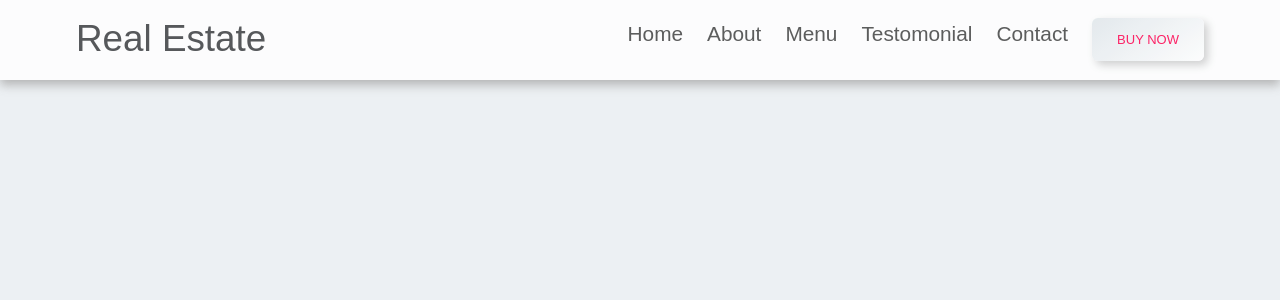
Repository: Sanjayjangra88/PortFolio
Page: /
These files come from the project's save history. The page is drawn as it stood at one moment and after the next save; the edit follows.
The browser window is 1280 px wide. The pictures show the whole page.
Some web libraries are served in a nearby version. The project was rebuilt for these pictures with package versions that can differ from the ones it lists, and the page was loaded fresh each time. Imported but missing from the stored project, and not drawn on this page: src/Components/Header/Navbar.

Above is the page before, as saved 2022-09-10 16:50:57.

### public/index.html
<!DOCTYPE html>
<html lang="en">
  <head>
    <meta charset="utf-8" />
    <link rel="icon" href="%PUBLIC_URL%/favicon.ico" />
    <meta name="viewport" content="width=device-width, initial-scale=1" />
    <meta name="theme-color" content="#000000" />
    <meta
      name="description"
      content="Web site created using create-react-app"
    />
    <link rel="apple-touch-icon" href="%PUBLIC_URL%/logo192.png" />
    <!--
      manifest.json provides metadata used when your web app is installed on a
      user's mobile device or desktop. See https://developers.google.com/web/fundamentals/web-app-manifest/
    -->
    <link rel="manifest" href="%PUBLIC_URL%/manifest.json" />
    <link rel="stylesheet" href="https://cdnjs.cloudflare.com/ajax/libs/font-awesome/6.1.1/css/all.min.css" integrity="sha512-KfkfwYDsLkIlwQp6LFnl8zNdLGxu9YAA1QvwINks4PhcElQSvqcyVLLD9aMhXd13uQjoXtEKNosOWaZqXgel0g==" crossorigin="anonymous" referrerpolicy="no-referrer" />

    <!--
      Notice the use of %PUBLIC_URL% in the tags above.
      It will be replaced with the URL of the `public` folder during the build.
      Only files inside the `public` folder can be referenced from the HTML.

      Unlike "/favicon.ico" or "favicon.ico", "%PUBLIC_URL%/favicon.ico" will
      work correctly both with client-side routing and a non-root public URL.
      Learn how to configure a non-root public URL by running `npm run build`.
    -->

    <link rel="manifest" href="%PUBLIC_URL%/manifest.json" />
    <link href="https://cdn.jsdelivr.net/npm/bootstrap@5.0.2/dist/css/bootstrap.min.css" rel="stylesheet" integrity="sha384-EVSTQN3/azprG1Anm3QDgpJLIm9Nao0Yz1ztcQTwFspd3yD65VohhpuuCOmLASjC" crossorigin="anonymous">
    <title>React App</title>
  </head>
  <body>
    <noscript>You need to enable JavaScript to run this app.</noscript>
    <div id="root"></div>
    <script src="https://kit.fontawesome.com/7578c5a215.js" crossorigin="anonymous"></script>
    <!--
      This HTML file is a template.
      If you open it directly in the browser, you will see an empty page.

      You can add webfonts, meta tags, or analytics to this file.
      The build step will place the bundled scripts into the <body> tag.

      To begin the development, run `npm start` or `yarn start`.
      To create a production bundle, use `npm run build` or `yarn build`.
    -->

    <script src="https://cdn.jsdelivr.net/npm/@popperjs/core@2.9.2/dist/umd/popper.min.js" integrity="sha384-IQsoLXl5PILFhosVNubq5LC7Qb9DXgDA9i+tQ8Zj3iwWAwPtgFTxbJ8NT4GN1R8p" crossorigin="anonymous"></script>
<script src="https://cdn.jsdelivr.net/npm/bootstrap@5.0.2/dist/js/bootstrap.min.js" integrity="sha384-cVKIPhGWiC2Al4u+LWgxfKTRIcfu0JTxR+EQDz/bgldoEyl4H0zUF0QKbrJ0EcQF" crossorigin="anonymous"></script>
  </body>
</html>

### src/App.js
import React from 'react'
import Header from './Components/Header/Header';
import "./App.css"

import Navbar from './Components/Header/Navbar';

const App = () => {
  return (
    <>
      <Header/>
      {/* <Navbar/> */}
    </>
  )
}

export default App

### src/Components/Header/Header.jsx
import React, { useState } from "react"
import "./header.css"
import logo from "../Pic/logo.png"

const Header = () => {
return (
    <>
      {/* <header className='header'>
        <div className='container d_flex'>
          <div className='logo'>
            <img src={logo} alt='' />
          </div>

          <div className='navlink'>
            <ul className="nav-links-mobile">
              <li>
                <a href='#home'>home</a>
              </li>
              <li>
                <a href='#features'>features</a>
              </li>
              <li>
                <a href='#portfolio'>portfolio</a>
              </li>
              <li>
                <a href='#resume'>resume</a>
              </li>
              <li>
                <a href='#clients'>clients</a>
              </li>
              <li>
                <a href='#blog'>blog</a>
              </li>
              <li>
                <a href='#contact'>contact</a>
              </li>
              <li>
                <button className='home-btn'>BUY NOW</button>
              </li>
            </ul>

            <button className='toggle' onClick={() => setMobile(!Mobile)}>
              {Mobile ? <i className='fas fa-times close home-btn'></i> : <i className='fas fa-bars open'></i>}
            </button>
          </div>
        </div>
      </header> */}
        <nav className='navbar'>
        <div className='navbar-container container'>
            <input type="checkbox"name=""id=""/>
            <div className="hamburger-lines">
                <span className='line line1'></span>
                <span className='line line2'></span>
                <span className='line line3'></span>
            </div>
            <ul className='menu-items'>
                <li><a href='#'>Home</a></li>
                <li><a href='#'>About</a></li>
                <li><a href='#'>Menu</a></li>
                <li><a href='#'>Testomonial</a></li>
                <li><a href='#'>Contact</a></li>
                <li><button className='home-btn'>BUY NOW</button></li>

            </ul>
            <h1 className='logo'>Real Estate</h1>

        </div>
        </nav>
      <section className="demo"></section>
    </>
  )
}

export default Header

### src/App.css
@import url('https://fonts.googleapis.com/css2?family=Dancing+Script&family=EB+Garamond:ital,wght@1,500&family=Roboto+Slab:wght@300&display=swap');
* {
  padding: 0;
  margin: 0;
  box-sizing: border-box;
}
html {
  scroll-behavior: smooth;
}
body {
  font-family: "Poppins", sans-serif;
  background-color: #ecf0f3;
}
.container {
  max-width: 95%;
  margin: auto;
}
.d_flex {
  display: flex;
  justify-content: space-between;
}
.f_flex {
  display: flex;
}
a {
  text-decoration: none;
  color: black;
}
li {
  list-style: none;
}
.uppercase {
  text-transform: uppercase;
}
.capitalize {
  text-transform: capitalize;
}

button {
  border: none;
  outline: none;
  background-color: none;
}

.btn_shadow {
  padding: 18px 25px;
  border-radius: 6px;
  transition: 0.3s all ease;
  cursor: pointer;
  color: #000;
  transition: 0.5s;
}
.btn_shadow {
  background: linear-gradient(145deg, #e2e8ec, #ffffff);
  box-shadow: 4px 4px 8px #cbcbcb, -4px -4px 8px #ffffff;
}
.btn_shadow:hover {
  background: #ff014f;
  color: white;
  transform: translateY(-10px);
}
.box_shodow {
  background: linear-gradient(145deg, #e2e8ec, #ffffff);
  box-shadow: 4px 4px 8px #cbcbcb, -4px -4px 8px #ffffff;
  border-radius: 10px;
}
.row,
.left,
.right {
  width: 50%;
}
.top {
  margin-top: 80px;
}
.mtop {
  margin-top: 40px;
}
.heading {
  margin: 50px 0 50px 0;
}
.heading h4 {
  color: #ff014f;
  letter-spacing: 2px;
  font-weight: 400;
}
.heading h1 {
  font-size: 60px;
  color: #3c3e41;
}
h1 {
  color: #3c3e41;
}
.grid {
  display: grid;
  grid-template-columns: repeat(3, 1fr);
  grid-gap: 35px;
}
p {
  color: #3c3e41;
}
.text-center {
  text-align: center;
}
.primary_color {
  color: #ff014f;
}
textarea,
input {
  width: 100%;
  padding: 20px;
  border-radius: 5px;
  outline: none;
  border: 3px solid #e2e8ec;
  margin-bottom: 20px;
}
/*----------Footer---------*/
footer {
  margin: 20% 0 10% 0;
}
footer p {
  margin-top: 30px;
}
/*----------Footer---------*/
@media (max-width: 768px) {
  .grid {
    grid-template-columns: repeat(2, 1fr);
  }
  .left,
  .right {
    width: 100%;
  }
  }

### src/Components/Header/header.css
/* header {
  height: 10vh;
  line-height: 10vh;
}
header .container {
  padding-top: 15px;
}
header ul li {
  margin-left: 30px;
}
header ul li a {
  transition: 0.5s;
  font-size: 13px;
  font-weight: 500;
  letter-spacing: 2px;
}
header ul li a:hover {
  color: #ff014f;
}
.home-btn {
  padding: 18px 25px;
  height: 1vh;
  line-height: 1vh;
  /* font-size: 13px; */
  /* border-radius: 6px;
  transition: 0.3s all ease;
  cursor: pointer;
  height: fit-content;
  color: #ff014f;

}
.home-btn {
  background: linear-gradient(145deg, #e2e8ec, #ffffff);
  box-shadow: 4px 4px 8px #cbcbcb, -4px -4px 8px #ffffff;
}
.home-btn:hover {
  background: #ff014f;
  color: white;
}
.toggle {
  display: none;
}

.header.active {
  height: 12vh;
  position: fixed;
  top: 0;
  z-index: 1000;
  width: 100%;
  background-color: #ecf0f3;
  box-shadow: -1px 11px 24px -11px rgba(0, 0, 0, 0.75);
  transition: 0.5s;
}
@media (max-width:768px) {
  header ul {
    padding-top: 30px;
  }
  .nav-links-mobile {
    position: absolute;
    display: block;
    list-style: none;
    box-shadow: rgba(50, 50, 93, 0.23) 0px 50px 100px -20px, rgba(0, 0, 0, 0.3) 0px 30px 60px -30px;
    left: 0;
    top: 0;
    transition: all 0.5s ease-in-out;
    width: 60%;
    height: 100vh;
    background-color: white;
    z-index: 888;
  }
  header ul li {
    width: 100%;
    transition: all 0.5s ease-in-out;
    text-transform: uppercase;
    line-height: 70px;
  }
  header .link {
    display: none;
  }
  .close,
  .open {
    position: absolute;
    top: 35px;
    right: 20px;
    color: #ff014f;
    display: block;
    font-size: 25px;
    z-index: 999;
  }
  .close {
    right: 45%;
  }
  .close.home-btn {
    background: linear-gradient(145deg, #e2e8ec, #ffffff);
    color: #ff014f;
    border-radius: 50%;
    padding: 0;
    width: 60px;
    height: 60px;
    line-height: 60px;
  }
  .header.active {
    height: 10vh;
  }
}
.demo{
  height: 300vh;
} */




*,
*::after,
*::before{
    box-sizing: border-box;
    padding: 0;
    margin: 0;
}

.html{
    font-size: 62.5%;
}

.navbar input[type="checkbox"],
.navbar .hamburger-lines{
    display: none;
}

.container{
    max-width: 1200px;
    width: 90%;
    margin: auto;
}

.navbar{
    box-shadow: 0px 5px 10px 0px #aaa;
    /* position: fixed; */
    width: 100%;
    background: #fff;
    color: #000;
    opacity: 0.85;
    z-index: 100;
}

.navbar-container{
    display: flex;
    justify-content: space-between;
    height: 64px;
    align-items: center;
}

.menu-items{
    margin-top: 10px;
    order: 2;
    display: flex;
}
.logo{
    order: 1;
    font-size: 2.3rem;
}

.menu-items li{
    list-style: none;
    margin-left: 1.5rem;
    font-size: 1.3rem;
}

.navbar a{
    color: #444;
    text-decoration: none;
    font-weight: 500;
    transition: color 0.3s ease-in-out;
}

.navbar a:hover{
    color: #117964;
}
.home-btn:hover {
  background: #ff014f;
  color: white;
}


.home-btn {
  padding: 18px 25px;
  height: 1vh;
  line-height: 1vh;
  font-size: 13px;
  border-radius: 6px;
  transition: 0.3s all ease;
  cursor: pointer;
  height: fit-content;
  color: #ff014f;

}
.home-btn {
  background: linear-gradient(145deg, #e2e8ec, #ffffff);
  box-shadow: 4px 4px 8px #cbcbcb, -4px -4px 8px #ffffff;
}

@media (max-width: 768px){
    .navbar{
        opacity: 0.95;
    }

    .navbar-container input[type="checkbox"],
    .navbar-container .hamburger-lines{
        display: block;
    }

    .navbar-container{
        display: block;
        position: relative;
        height: 64px;
    }

    .navbar-container input[type="checkbox"]{
        position: absolute;
        display: block;
        height: 32px;
        width: 30px;
        top: 20px;
        left: 20px;
        z-index: 5;
        opacity: 0;
        cursor: pointer;
    }

    .navbar-container .hamburger-lines{
        display: block;
        height: 28px;
        width: 35px;
        position: absolute;
        top: 20px;
        left: 20px;
        z-index: 2;
        display: flex;
        flex-direction: column;
        justify-content: space-between;
    }

    .navbar-container .hamburger-lines .line{
        display: block;
        height: 4px;
        width: 100%;
        border-radius: 10px;
        background: #333;
    }

    .navbar-container .hamburger-lines .line1{
        transform-origin: 0% 0%;
        transition: transform 0.3s ease-in-out;
    }

    .navbar-container .hamburger-lines .line2{
        transition: transform 0.2s ease-in-out;
    }

    .navbar-container .hamburger-lines .line3{
        transform-origin: 0% 100%;
        transition: transform 0.3s ease-in-out;
    }

    .navbar .menu-items{
        padding-top: 100px;
        background: #fff;
        height: 100vh;
        max-width: 300px;
        transform: translate(-150%);
        display: flex;
        flex-direction: column;
        margin-left: -40px;
        padding-left: 40px;
        transition: transform 0.5s ease-in-out;
        box-shadow:  5px 0px 10px 0px #aaa;
        overflow: scroll;
    }

    .navbar .menu-items li{
        margin-bottom: 1.8rem;
        font-size: 1.1rem;
        font-weight: 500;
    }

    .logo{
        position: absolute;
        top: 10px;
        right: 15px;
        font-size: 2.5rem;
    }

    .navbar-container input[type="checkbox"]:checked ~ .menu-items{
        transform: translateX(0);
    }

    .navbar-container input[type="checkbox"]:checked ~ .hamburger-lines .line1{
        transform: rotate(45deg);
    }

    .navbar-container input[type="checkbox"]:checked ~ .hamburger-lines .line2{
        transform: scaleY(0);
    }

    .navbar-container input[type="checkbox"]:checked ~ .hamburger-lines .line3{
        transform: rotate(-45deg);
    }

}

@media (max-width: 500px){
    .navbar-container input[type="checkbox"]:checked ~ .logo{
        display: none;
    }
}

Loaded but not shown: src/index.js (common file); src/index.css (common file); src/reportWebVitals.js (common file)

After the next save:
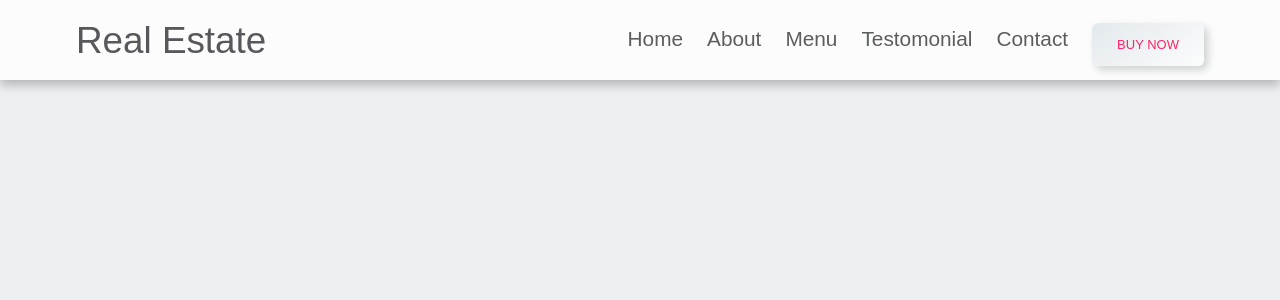
Saved 16 s later.
--- a/src/Components/Header/header.css
+++ b/src/Components/Header/header.css
@@ -151,7 +151,7 @@ header ul li a:hover {
 }
 
 .menu-items{
-    margin-top: 10px;
+    margin-top: 15px;
     order: 2;
     display: flex;
 }
